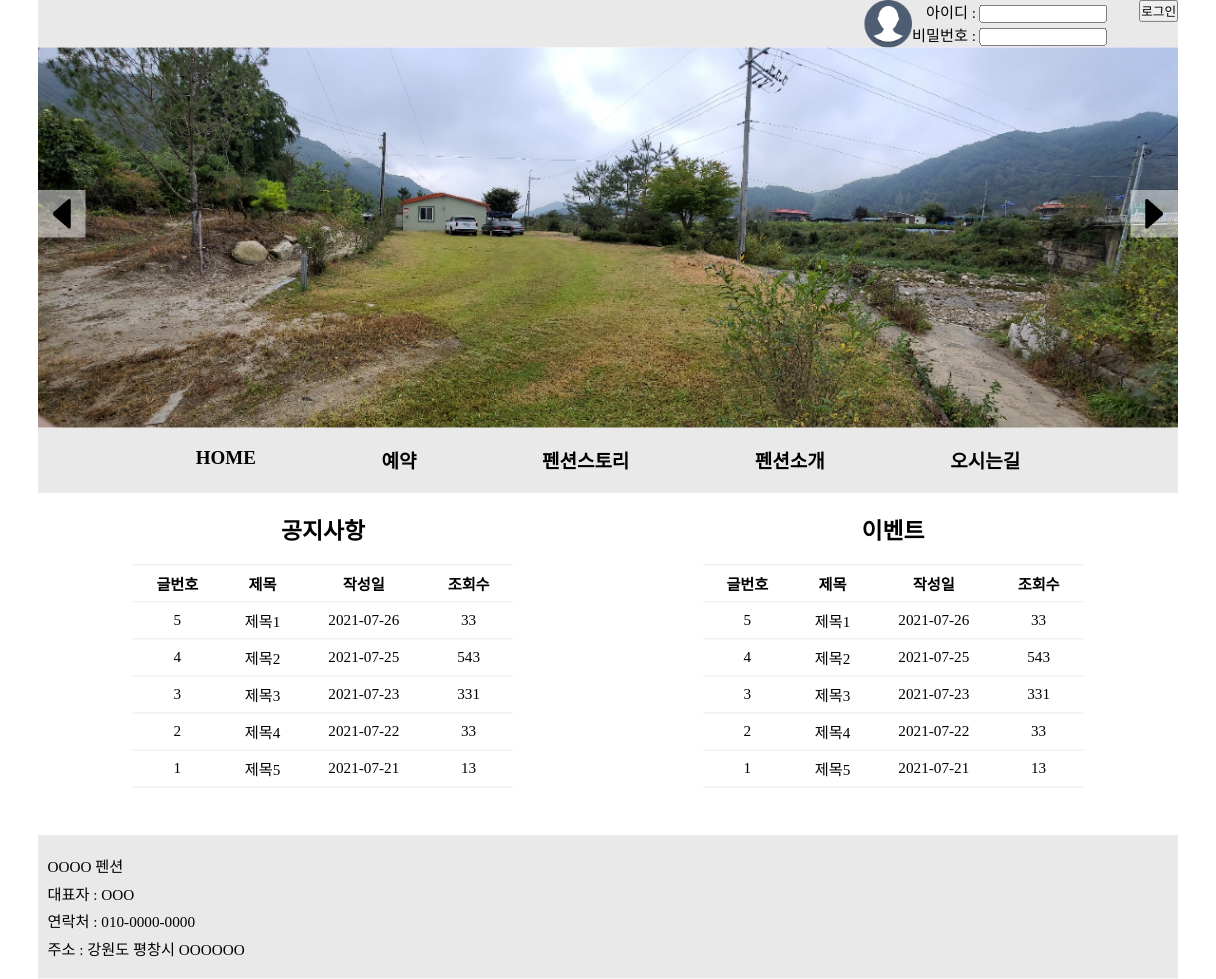
Repository: cdnwell/Jsp
Page: http://localhost/total/
These files come from the project's save history. The page is drawn as it stood at one moment and after the next save; the edit follows.
The browser window is 1280 px wide. The pictures show the whole page, at 95% of full size.
The page is served by Tomcat 9.

Above is the page before, as saved 2022-06-30 06:06:31.

### total/src/main/webapp/index.jsp
<%@ page language="java" contentType="text/html; charset=UTF-8"
    pageEncoding="UTF-8"%>
<!DOCTYPE html>
<html>
<head>
    <meta charset='utf-8'>
    <meta http-equiv='X-UA-Compatible' content='IE=edge'>
    <title>펜션</title>
    <meta name='viewport' content='width=device-width, initial-scale=1'>

</head>
<body>
<div class="flex_container">
<jsp:include page="template/pheader.jsp"></jsp:include>
<section>
    <article>
        <h2>공지사항</h2>
        <table>
            <tr>
                <th>글번호</th>
                <th>제목</th>
                <th>작성일</th>
                <th>조회수</th>
            </tr>
            <tr>
                <td>5</td>
                <td>제목1</td>
                <td>2021-07-26</td>
                <td>33</td>
            </tr>
            <tr>
                <td>4</td>
                <td>제목2</td>
                <td>2021-07-25</td>
                <td>543</td>
            </tr>
            <tr>
                <td>3</td>
                <td>제목3</td>
                <td>2021-07-23</td>
                <td>331</td>
            </tr>
            <tr>
                <td>2</td>
                <td>제목4</td>
                <td>2021-07-22</td>
                <td>33</td>
            </tr>
            <tr>
                <td>1</td>
                <td>제목5</td>
                <td>2021-07-21</td>
                <td>13</td>
            </tr>
        </table>
    </article>
    <article>
        <h2>이벤트</h2>
        <table>
            <tr>
                <th>글번호</th>
                <th>제목</th>
                <th>작성일</th>
                <th>조회수</th>
            </tr>
            <tr>
                <td>5</td>
                <td>제목1</td>
                <td>2021-07-26</td>
                <td>33</td>
            </tr>
            <tr>
                <td>4</td>
                <td>제목2</td>
                <td>2021-07-25</td>
                <td>543</td>
            </tr>
            <tr>
                <td>3</td>
                <td>제목3</td>
                <td>2021-07-23</td>
                <td>331</td>
            </tr>
            <tr>
                <td>2</td>
                <td>제목4</td>
                <td>2021-07-22</td>
                <td>33</td>
            </tr>
            <tr>
                <td>1</td>
                <td>제목5</td>
                <td>2021-07-21</td>
                <td>13</td>
            </tr>
        </table>
    </article>
</section>
<jsp:include page="template/pfooter.jsp"></jsp:include>
</div>
</body>
</html>

### total/src/main/webapp/template/pheader.jsp
<%@ page language="java" contentType="text/html; charset=UTF-8"
    pageEncoding="UTF-8"%>
<style>
        *{
            margin: 0;
            padding: 0;
        }
        .flex_container{
            display: flex;
            flex-direction: column;
            width: 1200px;
            margin: 0 auto;
            font-size: 0px;
        }
        #member_bar{
            height: 50px;
            background-color: #e9e9e9;
            text-align: right;

        }
        #member_bar img{
            width: 50px;
            float: left;
        }
        #member_bar > div > p{
            width: 200px;
            float: left;
            font-size: 16px;
            text-align: left;
            padding-left: 5px;
            margin-top: 2px;
        }
        #member_bar > div{
            width: 330px;
            display: inline-block;
        }
        nav{
            padding:20px 100px;
            background-color: #e9e9e9;
        }
        nav ul{
            list-style-type: none;
            display: flex;
            flex-direction: row;
            justify-content: space-around;
        }

        nav a:link,nav a:visited{
            font-size: 20px;
            font-weight: bold;
            text-decoration: none;
            color:black;
        }
        .ad_img {
            position: relative;
        }
        .ad_img button{
            background: none;
            border: none;
            position: absolute;
            background-color: rgba(255, 255, 255, 0.5);
            width: 50px;
            height: 50px;
        }
        .ad_img button img{
            width: 50px;
        }
        .left_arrow{
            top : calc(50% - 50px);
        }
        .right_arrow{
            top : calc(50% - 50px);
            right: 0px;
            transform: rotate(180deg);
        }
        section{
            margin-top: 20px;
            display: flex;
            flex-direction: row;
            justify-content: space-around;
        }
        section h2{
            font-size : 24px;
            margin-bottom: 20px;
            text-align: center;
        }
        section table{
            width: 100%;
            border-collapse: collapse;
            font-size: 16px;
            text-align: center;
        }
        section table td,section table th{
            padding:7px 20px;
            border-top: 1px solid #e9e9e9;
            border-bottom: 1px solid #e9e9e9;
        }

        article{
            width: 400px;
        }
        footer{
            margin-top: 50px;
            padding:15px 10px;
            font-size: 16px;
            background-color: #e9e9e9;
        }
        footer ul{
            list-style-type: none;
        }
        footer ul li{
            margin: 5px 0px;
        }

        #login_box{
        	font-size : 16px;
        	float:left;
        }
        #member_bar input{
        	width:130px;
        }
    </style>


        <header>
   <div id="member_bar">
      <div>
         <img src="resource/images/profile.png" alt="">
         <div id="login_box">
         아이디 : <input type="text"> <br>
         비밀번호 : <input type="password"> <br>
         </div>
         <button>로그인</button>
      </div>
   </div>
   <div class="ad_img">
      <button class="left_arrow">
         <img src="resource/images/left_arrow.png" alt="">
      </button>
      <button class="right_arrow">
         <img src="resource/images/left_arrow.png" alt="">
      </button>
      <img src="resource/images/main_4.jpg" alt="">
   </div>
</header>
<nav>
   <ul>
      <li><a href="main.jsp">HOME</a></li>
      <li><a href="sub_page2.jsp">예약</a></li>
      <li><a href="#">펜션스토리</a></li>
      <li><a href="#">펜션소개</a></li>
      <li><a href="sub_page1.jsp">오시는길</a></li>
   </ul>
</nav>

### total/src/main/webapp/template/pfooter.jsp
<%@ page language="java" contentType="text/html; charset=UTF-8"
    pageEncoding="UTF-8"%>
<footer>
      <ul>
         <li>OOOO 펜션</li>
         <li>대표자 : OOO</li>
         <li>연락처 : 010-0000-0000</li>
         <li>주소 : 강원도 평창시 OOOOOO</li>
      </ul>
   </footer>

After the next save:
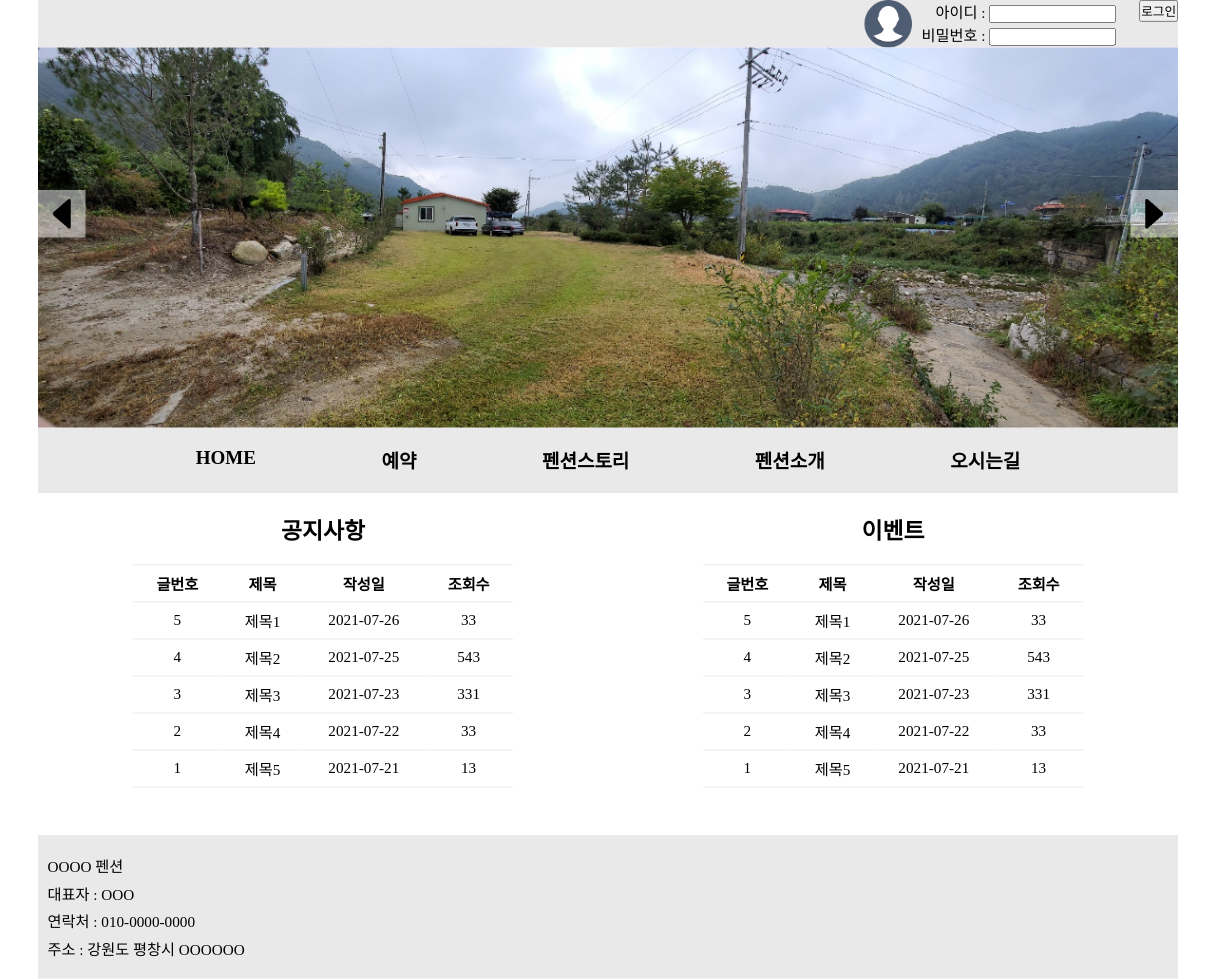
Saved 14 s later.
--- a/total/src/main/webapp/template/pheader.jsp
+++ b/total/src/main/webapp/template/pheader.jsp
@@ -115,6 +115,7 @@
         #login_box{
         	font-size : 16px;
         	float:left;
+        	margin-left : 10px
         }
         #member_bar input{
         	width:130px;
